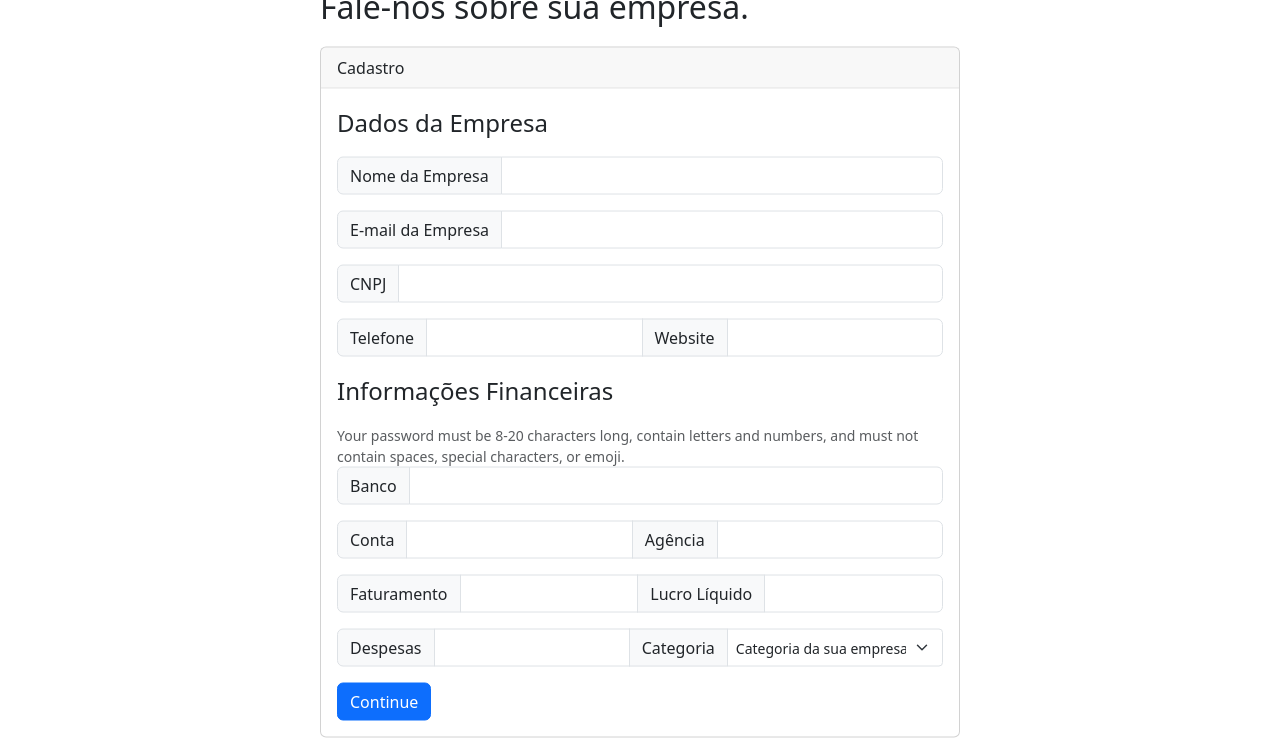
Repository: vandrecx/utilitaries
Page: http://localhost/login_archive/cadastro.php
The author's editor kept a copy of each file at every save. The page is drawn from the files as they stood at one save, then again after the next save.
The browser window is 1280 px wide. The pictures show the whole page.
The page is run by PHP 8.4 with error messages shown; the project is at /var/www/html/.

Above is the page before, as saved 2024-05-03 13:21:07.

After the next save:
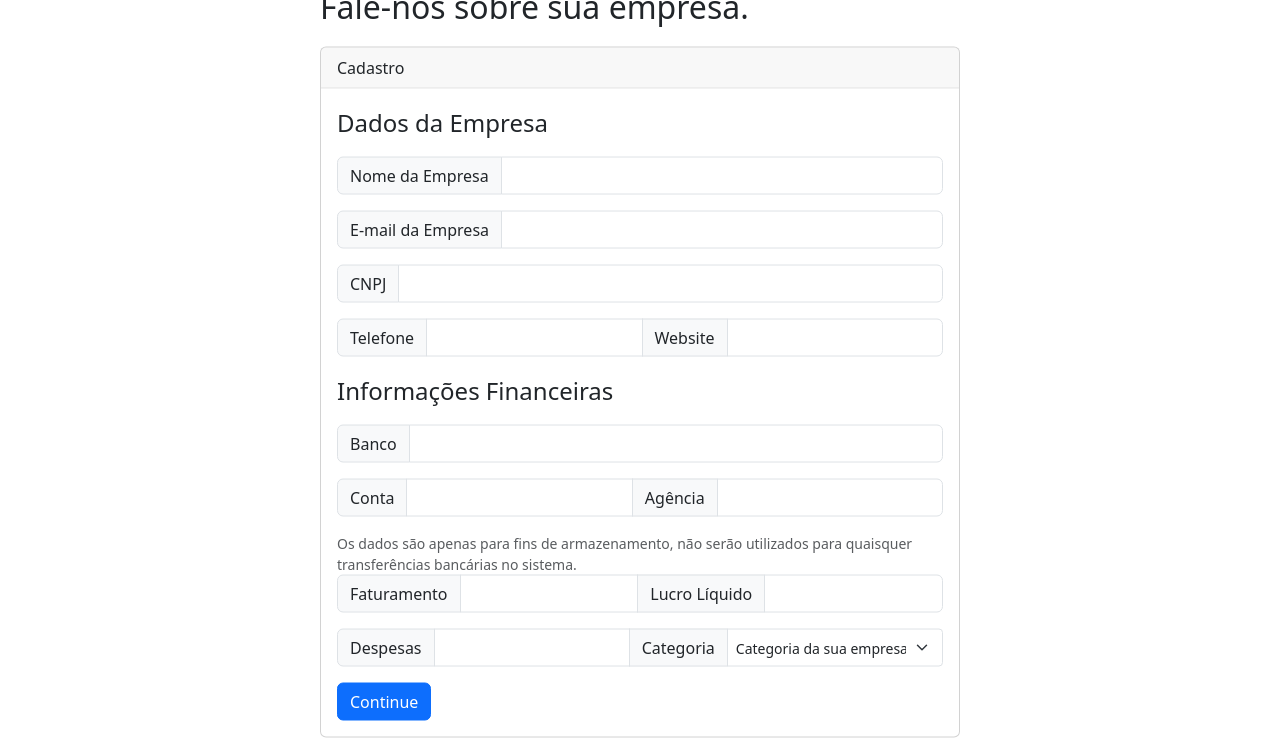
Saved 2 min 35 s later.
--- a/login_archive/cadastro.php
+++ b/login_archive/cadastro.php
@@ -42,9 +42,6 @@ include 'funcoes.php';
                         <input type="text" class="form-control" aria-label="Sizing example input" aria-describedby="inputGroup-sizing-default">
                     </div>
                     <p class="fs-4">Informações Financeiras</p>
-                    <div id="passwordHelpBlock" class="form-text">
-                        Your password must be 8-20 characters long, contain letters and numbers, and must not contain spaces, special characters, or emoji.
-                    </div>
                     <div class="input-group mb-3">
                         <span class="input-group-text" id="inputGroup-sizing-default">Banco</span>
                         <input type="text" class="form-control" aria-label="Sizing example input" aria-describedby="inputGroup-sizing-default">
@@ -54,6 +51,9 @@ include 'funcoes.php';
                         <input type="text" class="form-control" aria-label="Sizing example input" aria-describedby="inputGroup-sizing-default">
                         <span class="input-group-text" id="inputGroup-sizing-default">Agência</span>
                         <input type="text" class="form-control" aria-label="Sizing example input" aria-describedby="inputGroup-sizing-default">
+                    </div>
+                    <div id="passwordHelpBlock" class="form-text">
+                        Os dados são apenas para fins de armazenamento, não serão utilizados para quaisquer transferências bancárias no sistema.
                     </div>
                     <div class="input-group mb-3">
                         <span class="input-group-text" id="inputGroup-sizing-default">Faturamento</span>
